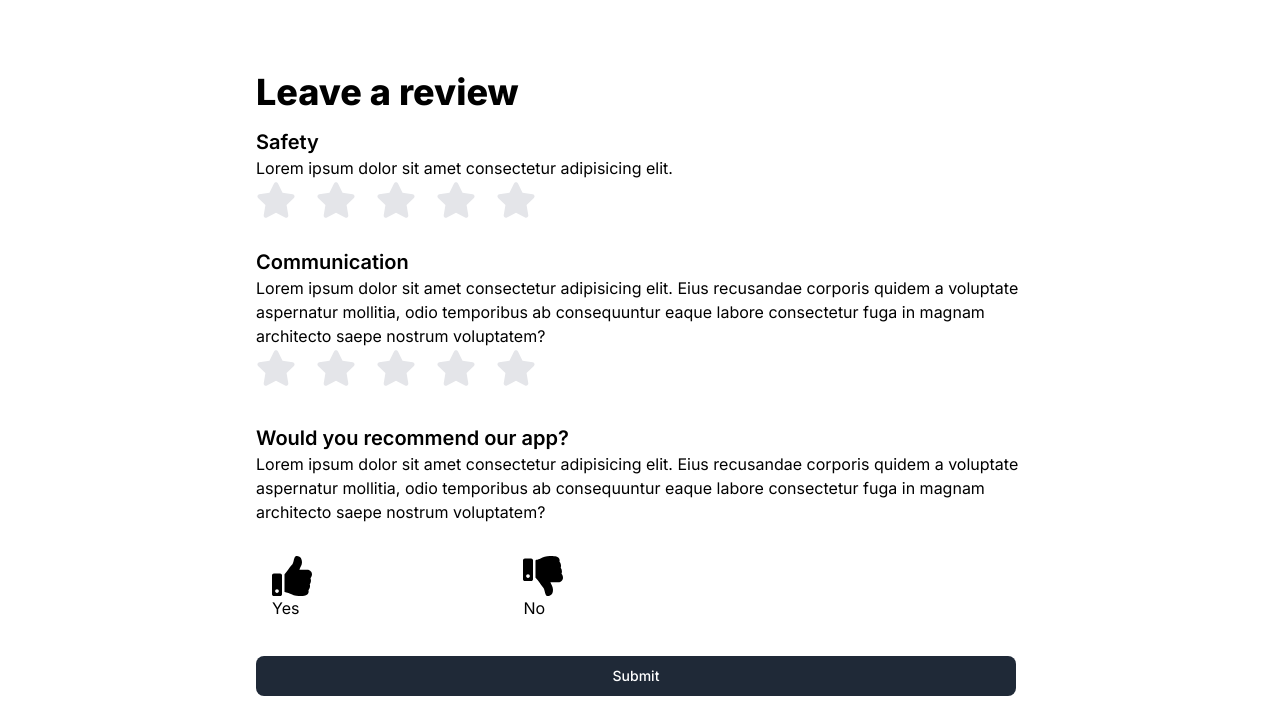
Repository: akankshaajoshi/review-form
Page: /review
The author's editor kept a copy of each file at every save. The page is drawn from the files as they stood at one save, then again after a run of saves.
The browser window is 1280 px wide. The pictures show the whole page.
The project was rebuilt for these pictures with package versions that can differ from the ones it lists, and the page was loaded fresh each time. The framework's server and built-in components were replaced by stand-ins that run in the browser. Also part of the build but not shown: next.config.mjs.

Above is the page before, as saved 2024-05-25 13:56:00.

After the next 2 saves:
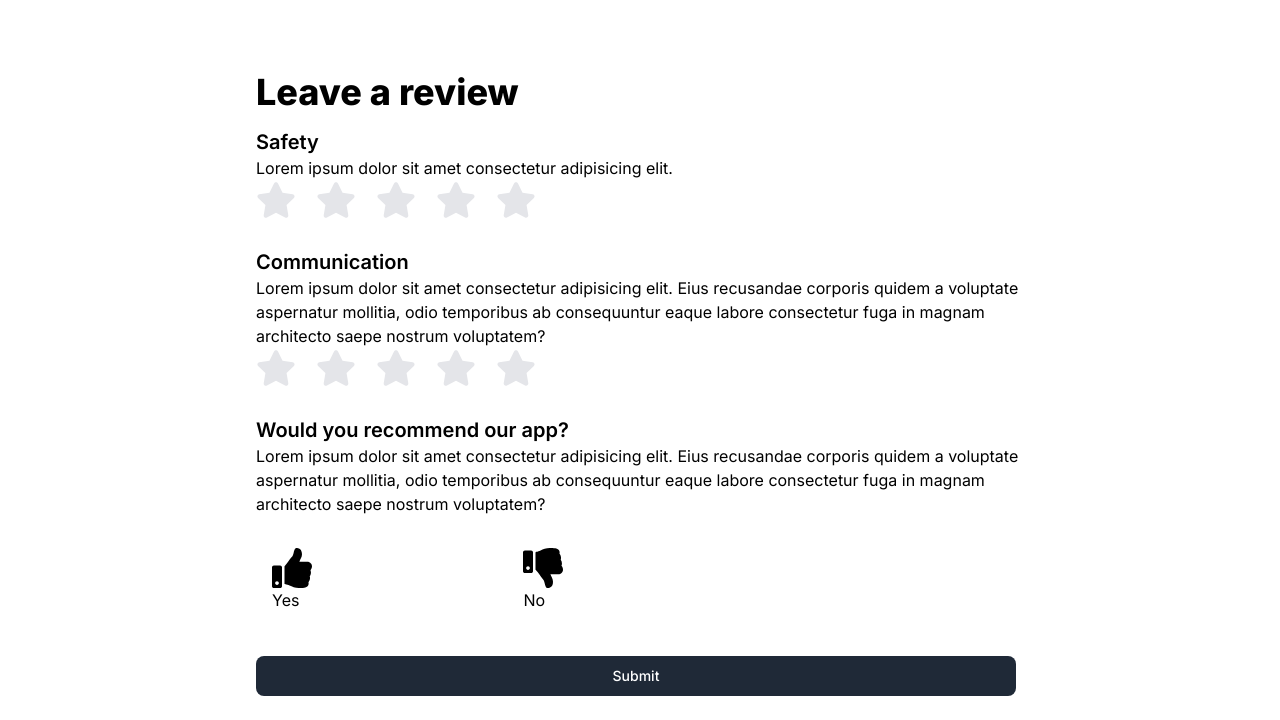
The 2 saves are shown as one change because 1 did not build or start.
The last was saved 18 s later.
--- a/app/(routes)/review/page.tsx
+++ b/app/(routes)/review/page.tsx
@@ -34,12 +34,12 @@ export default function Review(){
                     <p>Lorem ipsum dolor sit amet consectetur adipisicing elit. </p>
                     <StarRating name="safety"/>
                 </fieldset>
-                <fieldset className='pb-4'>
+                <fieldset className="pb-6 lg:pb-2">
                     <label htmlFor="communication" className="text-xl font-semibold">Communication</label>
                     <p>Lorem ipsum dolor sit amet consectetur adipisicing elit. Eius recusandae corporis quidem a voluptate aspernatur mollitia, odio temporibus ab consequuntur eaque labore consectetur fuga in magnam architecto saepe nostrum voluptatem?</p>
                     <StarRating name="communication"/>
                 </fieldset>
-                <fieldset>
+                <fieldset className="pb-6 lg:pb-2">
                     <label htmlFor="recommend" className="text-xl font-semibold">Would you recommend our app? </label>
                     <p>Lorem ipsum dolor sit amet consectetur adipisicing elit. Eius recusandae corporis quidem a voluptate aspernatur mollitia, odio temporibus ab consequuntur eaque labore consectetur fuga in magnam architecto saepe nostrum voluptatem?</p>
                     <TrueOrFalse name="recommend"/>
